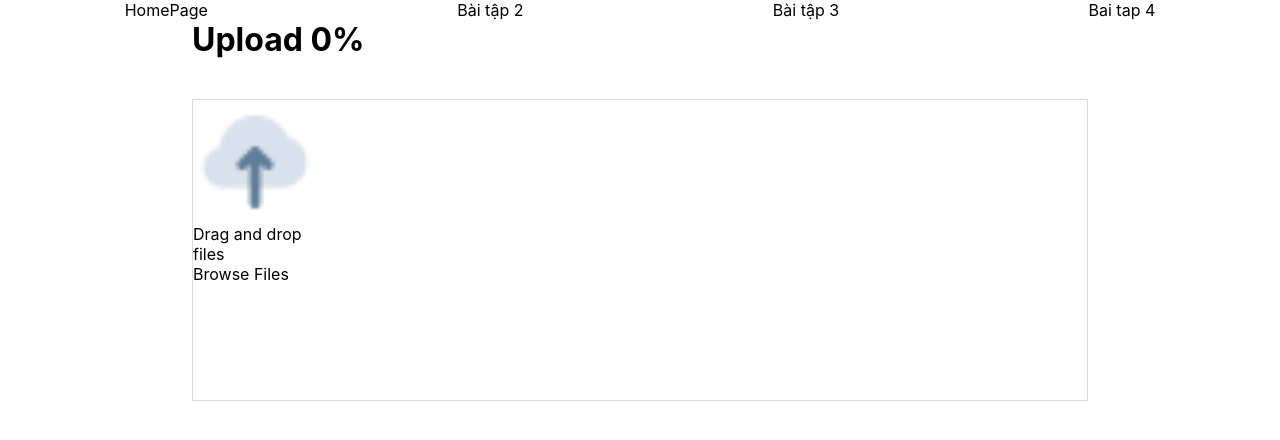
Repository: tungdau93/Training-ReactJS
Page: /bai-tap-3
These files come from the project's save history. The page is drawn as it stood at one moment and after a run of saves; the edit follows.
The browser window is 1280 px wide. The pictures show the whole page.
The project was rebuilt for these pictures with package versions that can differ from the ones it lists, and the page was loaded fresh each time. Also part of the build but not shown: src/App.css, src/hooks/useClickOutside.js, src/Assignments/BaiTap2.jsx, src/Assignments/HomePage.jsx.

Above is the page before, as saved 2022-10-03 10:42:01.

After the next 5 saves:
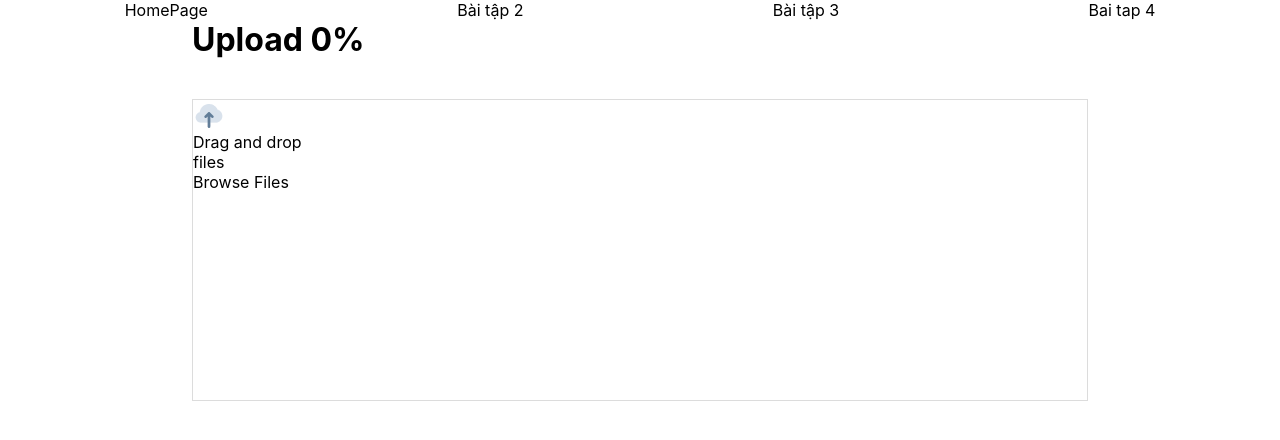
The 5 saves are shown as one change because they came seconds apart.
The last was saved 85 s later.
--- a/src/Assignments/BaiTap3.jsx
+++ b/src/Assignments/BaiTap3.jsx
@@ -105,7 +105,12 @@ const BaiTap3 = () => {
 
       <div className="drag-drop-files">
         <div className="drag-drop-label">
-          <img alt="" src={require("../assets/images/upload-icon.png")} />
+          <img
+            alt=""
+            src={require("../assets/images/upload-icon.png")}
+            width={32}
+            height={32}
+          />
           <span>Drag and drop files</span>
           <span>Browse Files</span>
         </div>
